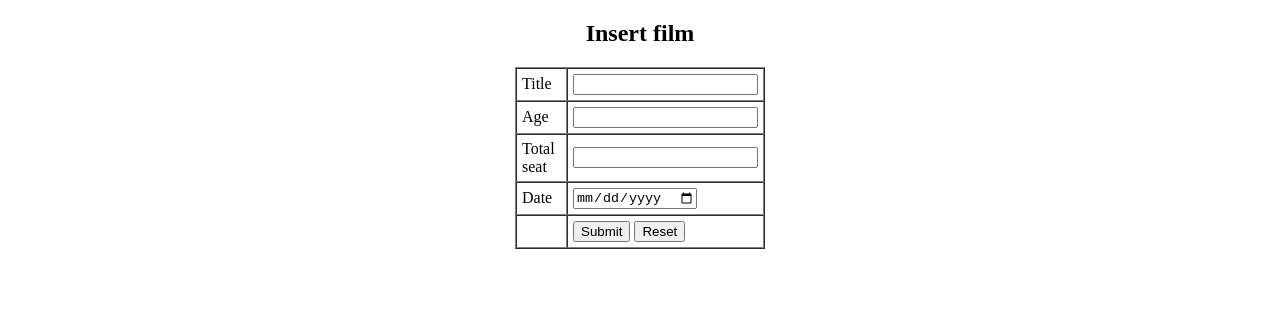
Repository: lmcoa15/Movie
Page: http://localhost/movie/admin/admin_Insert_film.jsp
An editor plug-in stored every save of this project. The page is shown before and after the next save, followed by the edit.
The browser window is 1280 px wide. The pictures show the whole page.
The page is served by Tomcat 9.

Above is the page before, as saved 2015-12-06 19:48:56.

After the next save:
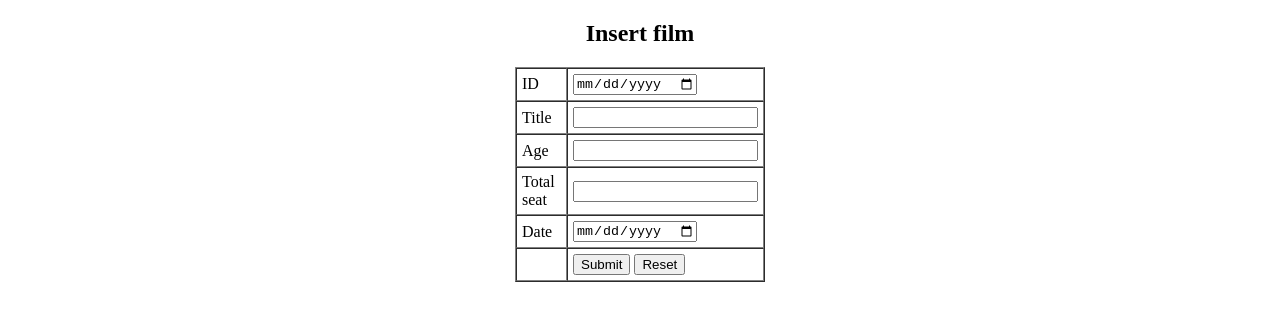
Saved 3 min 33 s later.
--- a/workspace/movie/WebContent/admin/admin_Insert_film.jsp
+++ b/workspace/movie/WebContent/admin/admin_Insert_film.jsp
@@ -3,7 +3,7 @@
 <!DOCTYPE html PUBLIC "-//W3C//DTD HTML 4.01 Transitional//EN" "http://www.w3.org/TR/html4/loose.dtd">
 <html>
 <head>
-<meta http-equiv="Content-Type" content="text/html; charset=UTF-8"	import="java.util.Random">
+<meta http-equiv="Content-Type" content="text/html; charset=UTF-8">
 <title>Insert title here</title>
 </head>
 <body>
@@ -11,14 +11,15 @@
 <form name=form1 method=post  action=film_control.jsp>
  <input type=hidden name="action" value="insert">
 
- <%
- 	//id값을 랜덤으로 준다.
- 	int id_random = (int) (Math.random() * 1000);
- %>
+
 
 <table width="250" border="1"align="center" cellspacing="0"
 												cellpadding="5">
 
+	<tr>
+		<td>ID</td>
+		<td><input type="date" name="watch_date" size=20></td>
+	</tr>
 	<tr>
 		<td>Title</td>
 		<td><input type="text" name="name_film" size=20></td>
